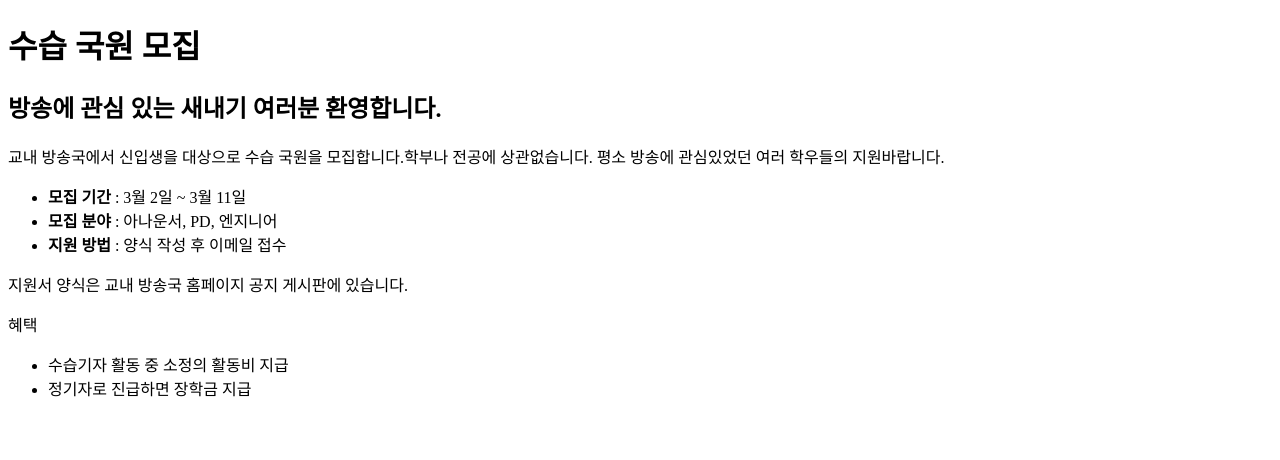
Repository: jinaa11/Kcc_Web
Page: Html/WebContent/mission.html
An editor plug-in stored every save of this project. The page is shown before and after the next save, followed by the edit.
The browser window is 1280 px wide. The pictures show the whole page.

Above is the page before, as saved 2024-07-08 05:14:12.

### Html/WebContent/mission.html
<!DOCTYPE html>
<html>
<head>
<meta charset="UTF-8">
<title>Insert title here</title>
</head>
<body>
<h1>수습 국원 모집</h1>
<h2>방송에 관심 있는 새내기 여러분 환영합니다.</h2>
<p>교내 방송국에서 신입생을 대상으로 수습 국원을 모집합니다.학부나 전공에 상관없습니다.
평소 방송에 관심있었던 여러 학우들의 지원바랍니다.</p>

<ul>
<li><b>모집 기간</b> : 3월 2일 ~ 3월 11일</li>
<li><b>모집 분야</b> : 아나운서, PD, 엔지니어</li>
<li><b>지원 방법</b> : 양식 작성 후 이메일 접수</li>
</ul>
지원서 양식은 교내 방송국 홈페이지 공지 게시판에 있습니다.<p>

혜택<br>
<ul>
<li>수습기자 활동 중 소정의 활동비 지급</li>
<li>정기자로 진급하면 장학금 지급</li>
</ul>
</body>
</html>

After the next save:
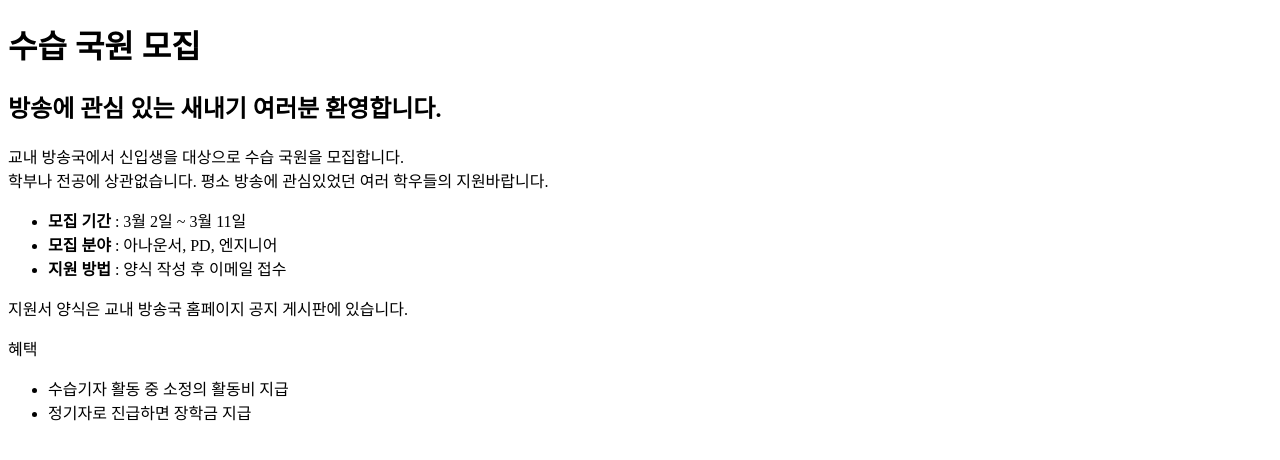
Saved 13 s later.
--- a/Html/WebContent/mission.html
+++ b/Html/WebContent/mission.html
@@ -7,7 +7,7 @@
 <body>
 <h1>수습 국원 모집</h1>
 <h2>방송에 관심 있는 새내기 여러분 환영합니다.</h2>
-<p>교내 방송국에서 신입생을 대상으로 수습 국원을 모집합니다.학부나 전공에 상관없습니다.
+<p>교내 방송국에서 신입생을 대상으로 수습 국원을 모집합니다.<br>학부나 전공에 상관없습니다.
 평소 방송에 관심있었던 여러 학우들의 지원바랍니다.</p>
 
 <ul>
